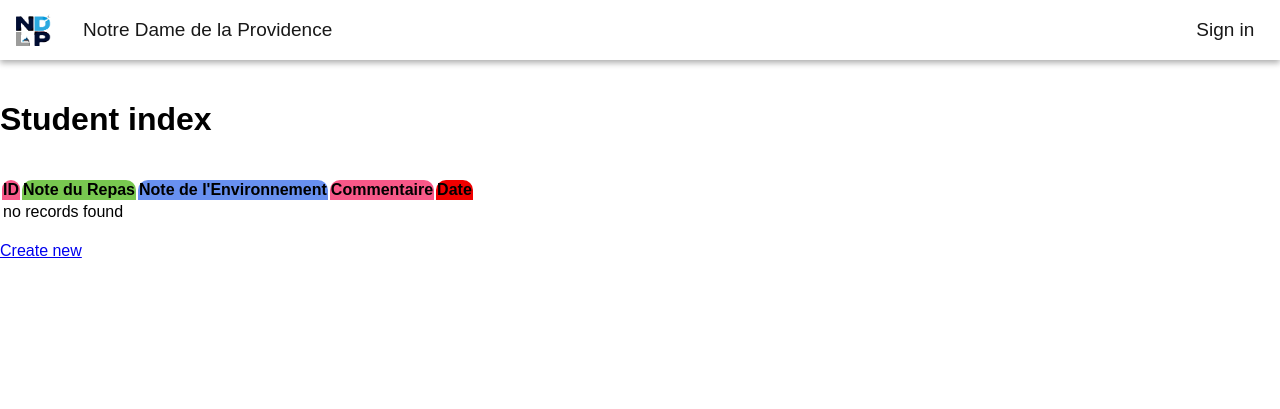
Repository: yaperson/self-feedback1
Page: templates/student/index.html.twig
These files come from the project's save history. The page is drawn as it stood at one moment and after the next save; the edit follows.
The browser window is 1280 px wide. The pictures show the whole page.
The page is a Twig template of a Symfony application; nobody is signed in and links lead nowhere. The template is opened directly, without the code that normally fills it, so the values that code supplies are empty.

Above is the page before, as saved 2021-12-14 14:51:01.
Console error: TypeError: Cannot read properties of null (reading 'querySelectorAll')

After the next save:
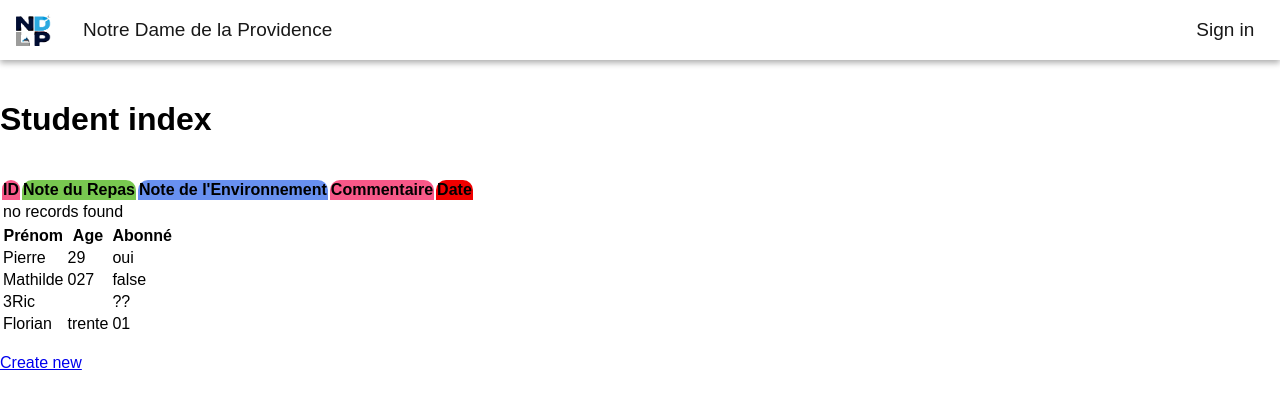
Saved 55 s later.
--- a/templates/student/index.html.twig
+++ b/templates/student/index.html.twig
@@ -40,6 +40,37 @@
         </tbody>
     </table>
 
+    <table>
+    <thead>
+        <tr>
+        <th>Prénom</th>
+        <th>Age</th>
+        <th>Abonné</th>
+        </tr>
+    </thead><tbody>
+    <tr>
+        <td>Pierre</td>
+        <td>29</td>
+        <td>oui</td>
+    </tr>
+    <tr>
+        <td>Mathilde</td>
+        <td>027</td>
+        <td>false</td>
+    </tr>
+    <tr>
+        <td>3Ric</td>
+        <td></td>
+        <td>??</td>
+    </tr>
+    <tr>
+        <td>Florian</td>
+        <td>trente</td>
+        <td>01</td>
+    </tr>
+    </tbody>
+    </table>
+
     <br>
 
     <a href="{{ path('student_new') }}">Create new</a>
